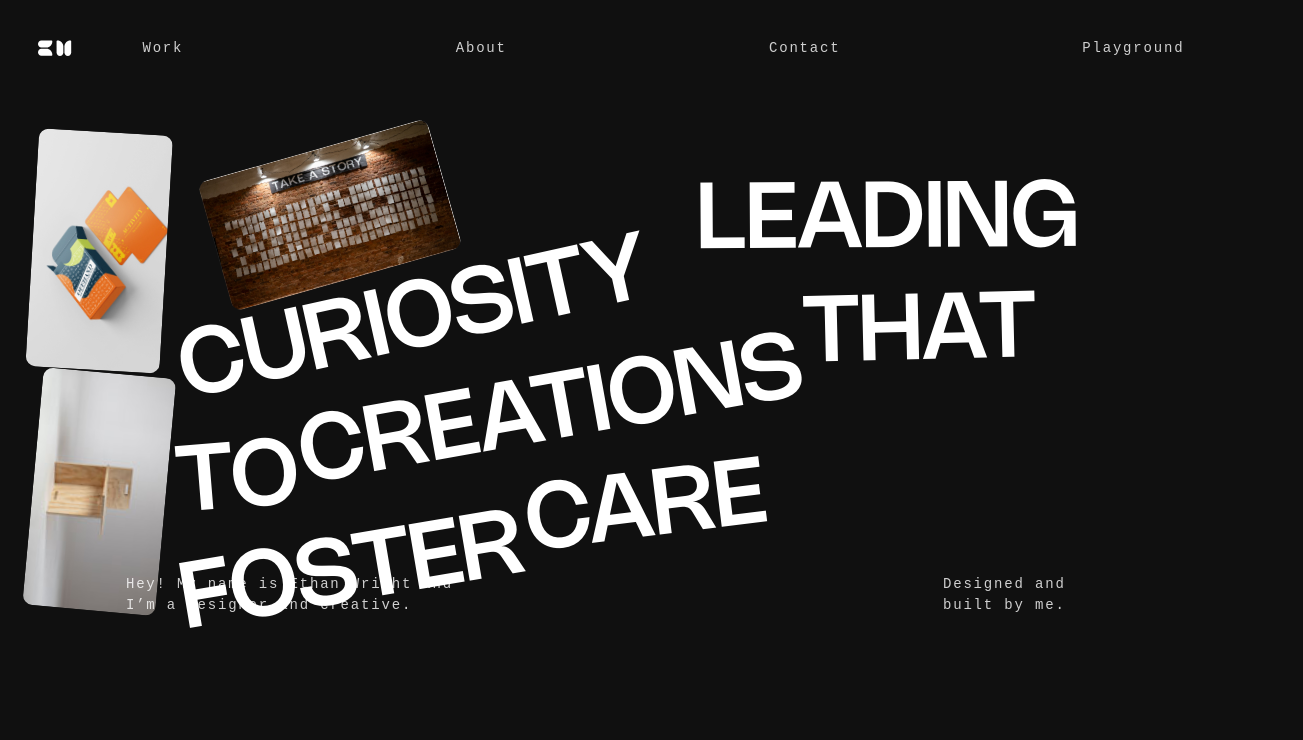
Repository: theethanwright/ethan_wright_portfolio
Page: home.html
The author's editor kept a copy of each file at every save. The page is drawn from the files as they stood at one save, then again after the next save.
The browser window is 1280 px wide. The page is 1303 px wide, so the pictures cover 1303 px, including what lies to the right of the window. The pictures show the whole page.
Some web libraries are served in a nearby version.

Above is the page before, as saved 2023-12-25 18:52:27.

After the next save:
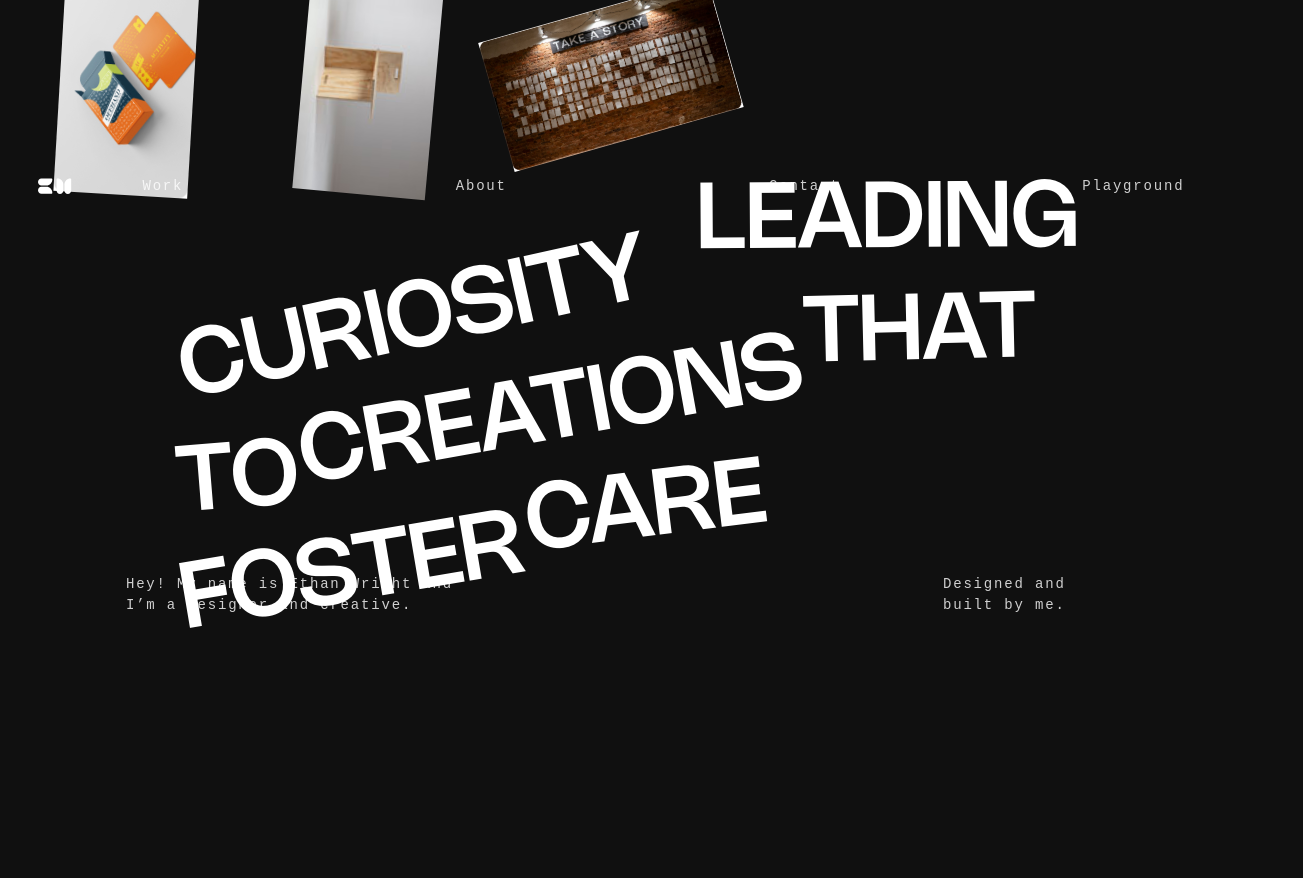
Saved 55 s later.
--- a/layouts.css
+++ b/layouts.css
@@ -57,12 +57,3 @@
     width: 143px;
     height: 42px;
   }
-
-  .image {
-    position: absolute;
-    width: 200px;
-    height: auto;
-    flex-shrink: 0;
-
-    border-radius: 10px;
-  }

After the save that followed:
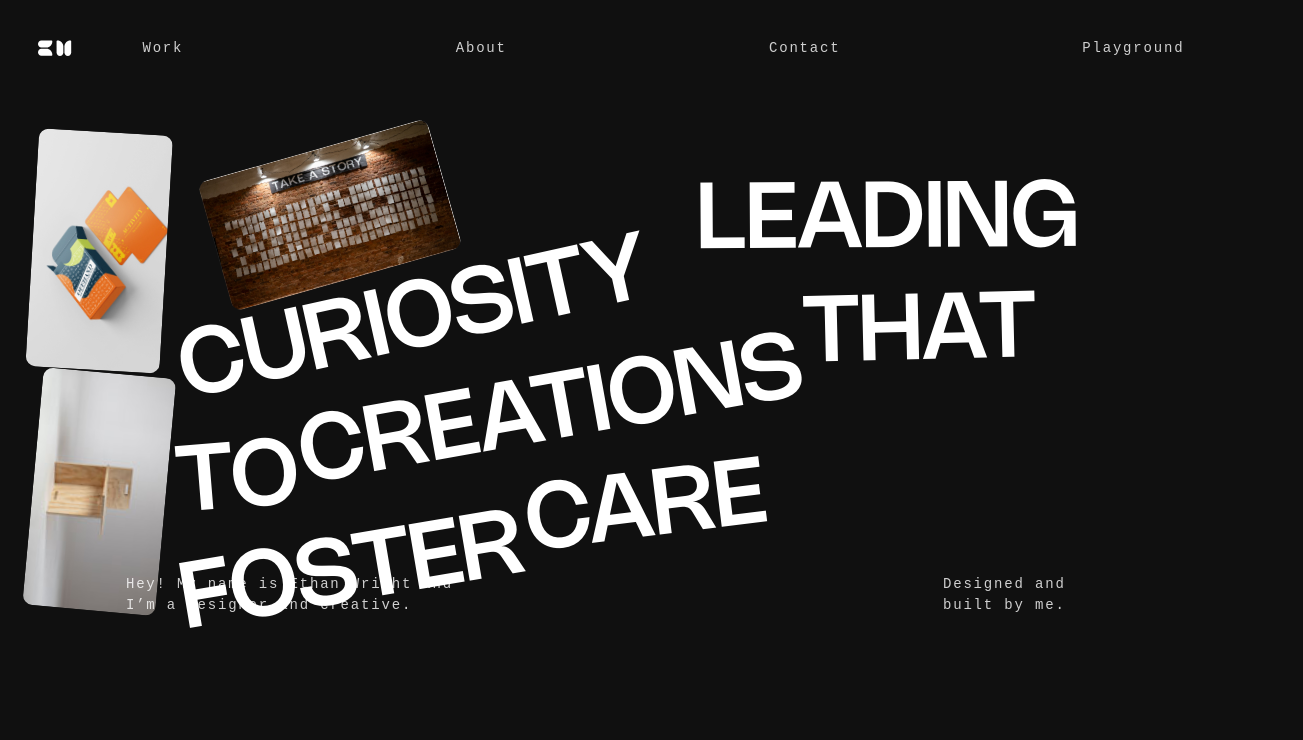
Saved 15 s later.
--- a/main.css
+++ b/main.css
@@ -33,3 +33,12 @@ p {
     margin-right: 10px;
     line-height: auto;
   }
+
+  .image {
+    position: absolute;
+    width: 200px;
+    height: auto;
+    cursor: grab;
+
+    border-radius: 10px;
+  }
